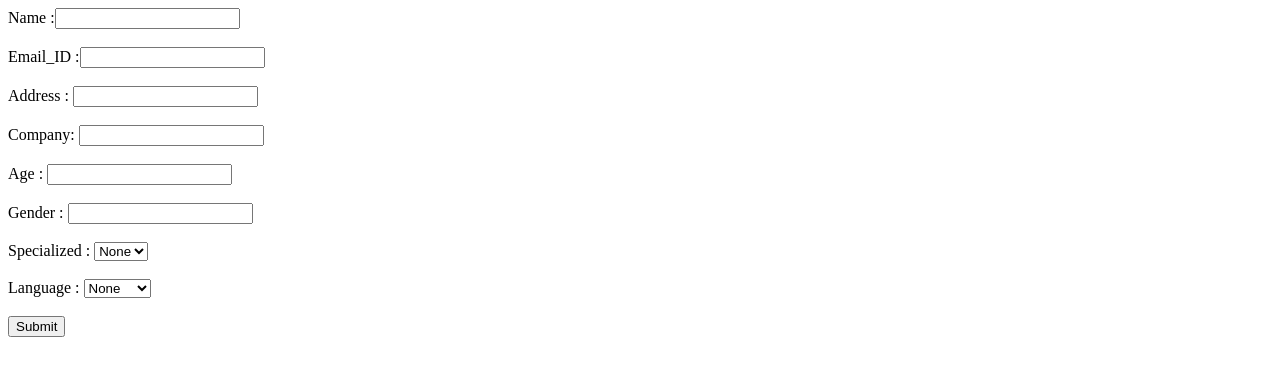
Repository: sunil965/JDBC-Servlet-JSP
Page: http://localhost/JspRegistrationTask/loginJspCall
The author's editor kept a copy of each file at every save. The page is drawn from the files as they stood at one save, then again after the next save.
The browser window is 1280 px wide. The pictures show the whole page.
The page is served by Tomcat 9.

Above is the page before, as saved 2017-05-02 09:47:04.

After the next save:
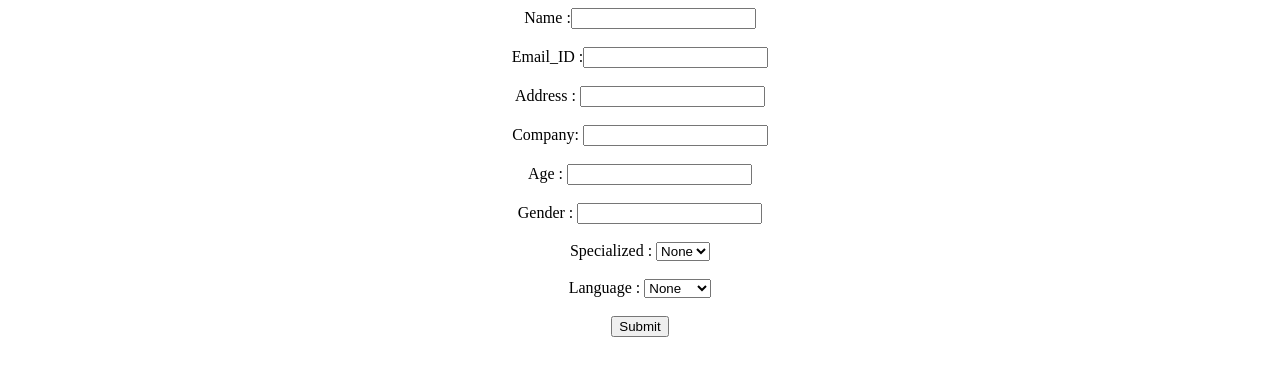
Saved 16 s later.
--- a/JspRegistrationTask/WebContent/userlogin.jsp
+++ b/JspRegistrationTask/WebContent/userlogin.jsp
@@ -7,7 +7,7 @@
 <title>Insert title here</title>
 </head>
 <body>
- <div>
+ <div align="center">
 	<form action="userlogin" method="post">
 		Name :<input type="text" name="uname"><br><br>
 		Email_ID :<input type="email" name="mail"><br><br>
